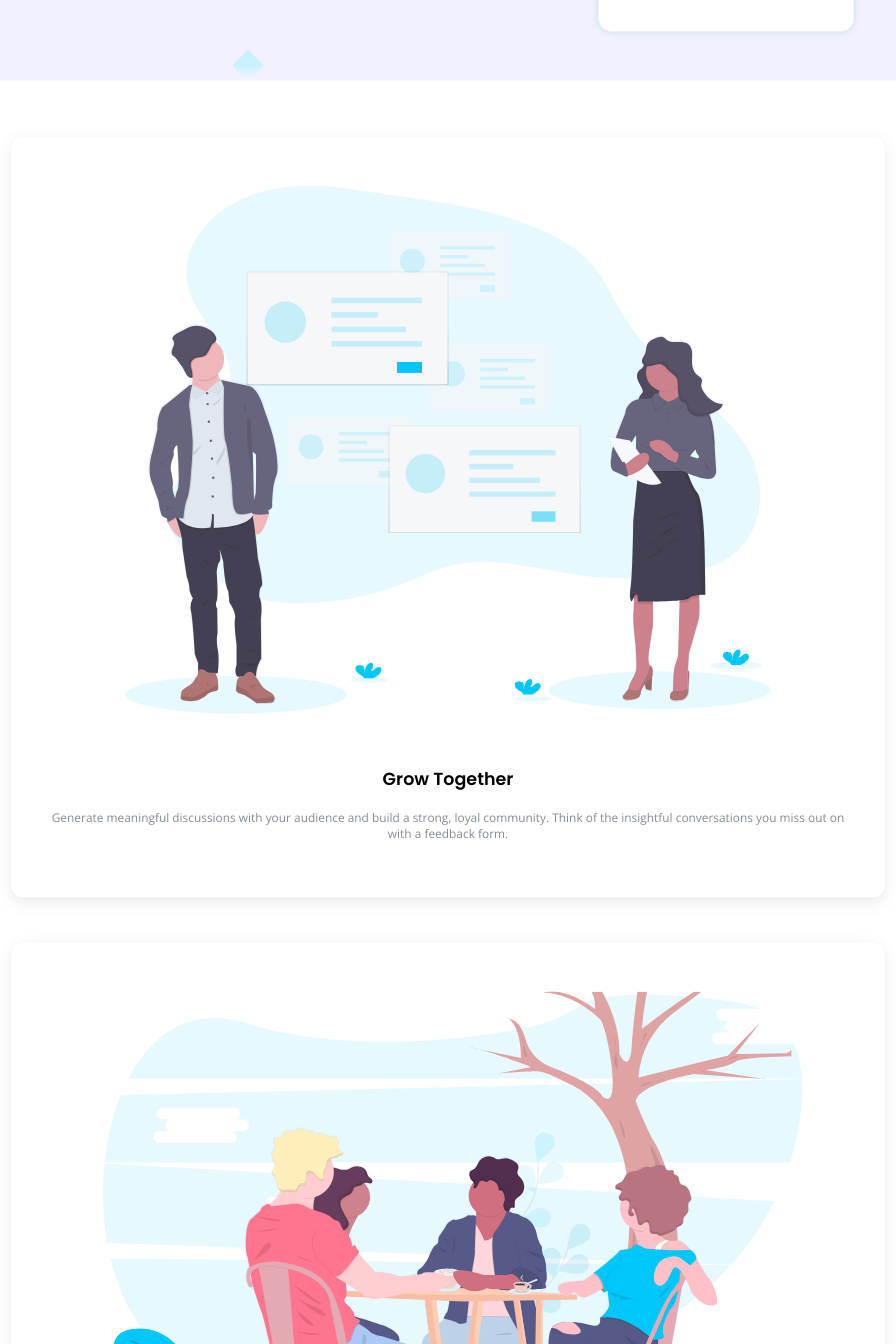
Repository: DejV44/Huddle-landing-page
Page: index.html
An editor plug-in stored every save of this project. The page is shown before and after the next save, followed by the edit.
The browser window is 1280 px wide. The pictures show the part of the page from y = 1185 to 3105 px (the page is 5225 px tall before and 5177 px after), at 70% of full size.
The style sheet was rebuilt from its Sass, Less or Tailwind sources for each picture, by a compiler version that may differ from the author's.

Above is the page before, as saved 2021-08-20 08:54:46.

After the next save:
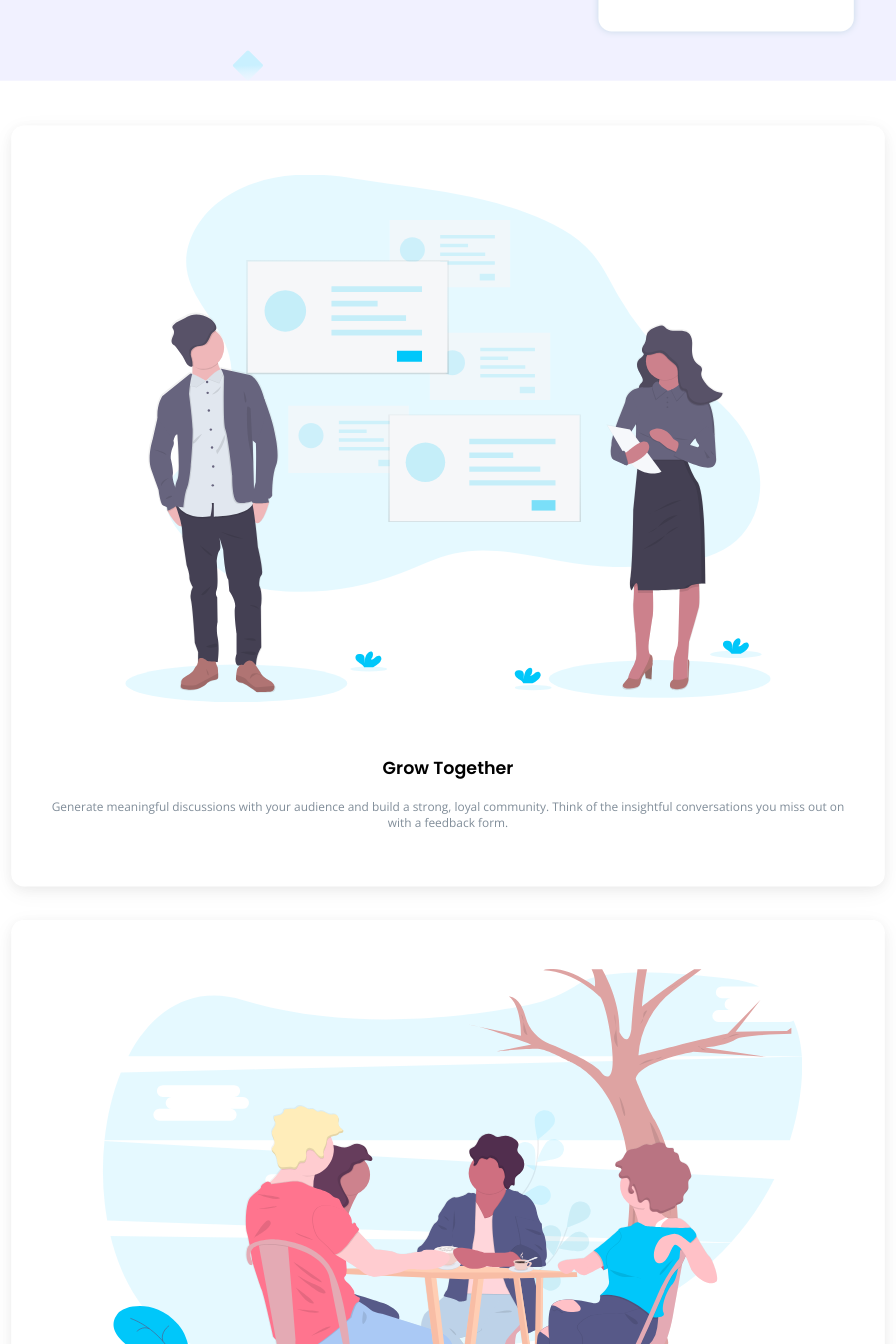
Saved 17 s later.
--- a/css/_mixin.scss
+++ b/css/_mixin.scss
@@ -1,7 +1,7 @@
 @mixin cards {
     display: flex;
     flex-direction: column;
-    margin: 4rem auto 2rem auto;
+    margin: 3rem auto 2rem auto;
     text-align: center;
     box-shadow: rgba(17, 17, 26, 0.048) 0px 4px 16px, rgba(17, 17, 26, 0.05) 0px 8px 32px;
     border-radius: 18px;
